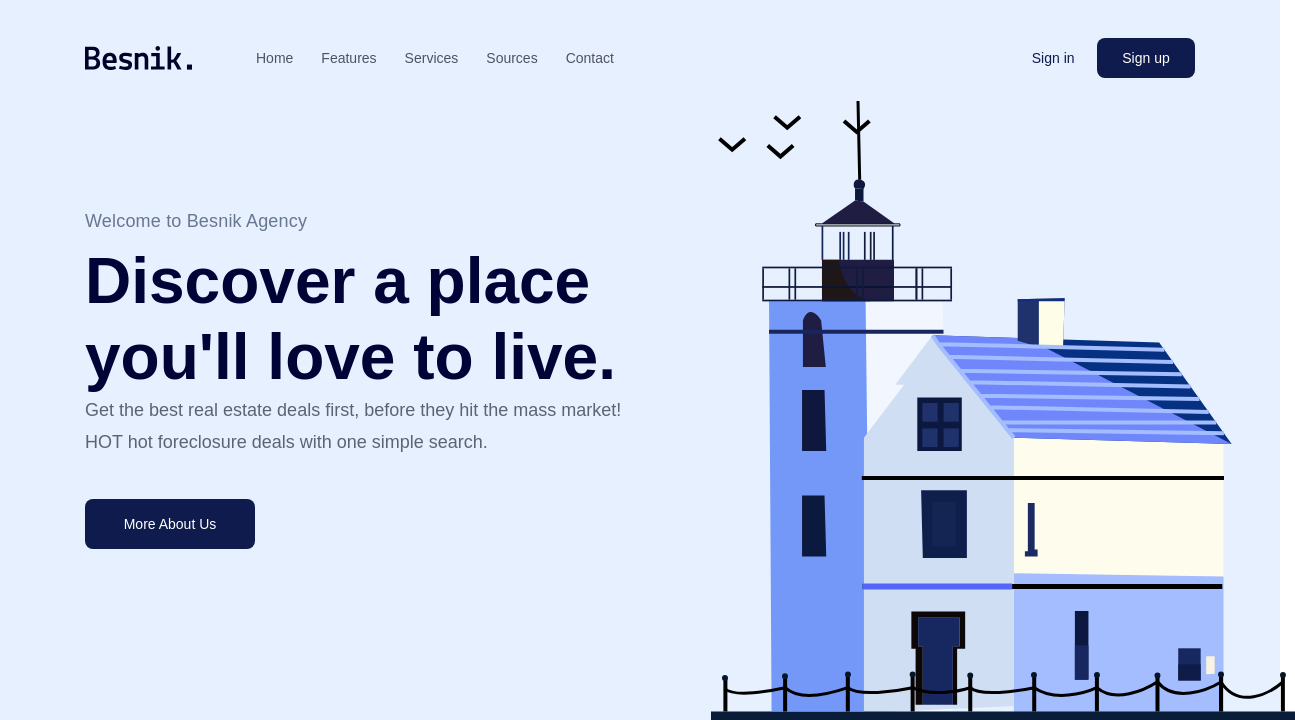
Repository: Daidoichihuy/project-01
Page: index.html
The author's editor kept a copy of each file at every save. The page is drawn from the files as they stood at one save, then again after the next save.
The browser window is 1280 px wide. The page is 1295 px wide, so the pictures cover 1295 px, including what lies to the right of the window. The pictures show the whole page.

Above is the page before, as saved 2024-04-28 14:56:54.

### index.html
<!DOCTYPE html>
<html lang="en">
  <head>
    <meta charset="UTF-8" />
    <meta name="viewport" content="width=device-width, initial-scale=1.0" />
    <title>Project_01</title>
    <link rel="stylesheet" href="./assets/css/reset.css" />
    <link rel="stylesheet" href="./assets/fonts/stylefont.css" />
    <link rel="stylesheet" href="./assets/css/style.css" />
  </head>
  <body>
    <main>
      <header class="header">
        <div class="content">
          <nav class="navbar">
            <!-- LOGO -->
            <img src="./assets/imgs/Logo.svg" alt="Besnik." />
            <!-- NAVIGATION -->
            <ul>
              <li><a href="#!">Home</a></li>
              <li><a href="#!">Features</a></li>
              <li><a href="#!">Services</a></li>
              <li><a href="#!">Sources</a></li>
              <li><a href="#!">Contact</a></li>
            </ul>
            <!-- ACTIVE -->
            <div class="action">
              <a href="#!" class="action-link">Sign in</a>
              <a href="#!" class="btn action-btn">Sign up</a>
            </div>
          </nav>
          <div class="hero">
            <div class="info">
              <p class="sub-title">Welcome to Besnik Agency</p>
              <h1 class="title">Discover a place you'll love to live.</h1>
              <p class="des">
                Get the best real estate deals first, before they hit the mass
                market! HOT hot foreclosure deals with one simple search.
              </p>
              <a href="#!" class="btn hero-cta">More About Us</a>
            </div>
            <img
              src="./assets/imgs/Group 439.svg"
              alt="Discover a place you'll love to live"
              class="hero-img"
            />
          </div>
        </div>
      </header>

      <!-- CLIENT -->
      <div class="client">
        <div class="content">
          <div class="row"></div>
        </div>
      </div>
    </main>
  </body>
</html>

### assets/fonts/stylefont.css
@font-face {
  font-family: "DVN-Poppins";
  src: url("poppins/DVNPoppins-Regular.woff2") format("woff2"),
    url("poppins/DVNPoppins-Regular.woff") format("woff");
  font-weight: normal;
  font-style: normal;
  font-display: swap;
}

@font-face {
  font-family: "DVN-Poppins ExtBd";
  src: url("poppins/DVNPoppins-ExtraBold.woff2") format("woff2"),
    url("poppins/DVNPoppins-ExtraBold.woff") format("woff");
  font-weight: bold;
  font-style: normal;
  font-display: swap;
}

### assets/css/style.css
* {
  box-sizing: border-box;
}

:root {
  --primary-color: #0f1b4c;
}

html {
  font-size: 62.5%;
}

body {
  font-size: 1.6rem;
  font-family: "poppins", sans-serif;
}

/* COMMON */
.content {
  width: 1110px;
  max-width: calc(100% - 48px);
  margin-left: auto;
  margin-right: auto;
}

a {
  text-decoration: none;
}

.btn {
  display: inline-block;
  min-width: 98px;
  padding: 18px 16px;
  border-radius: 8px;
  background: var(--primary-color);
  color: #fff;
  text-align: center;
  font-size: 1.4rem;
  font-weight: 500;
}

/* HEADER*/
.header {
  position: relative;
  background: #e6f0ff;
  height: 100vh;
}

.navbar {
  display: flex;
  align-items: center;
  padding-top: 38px;
}

.navbar ul {
  display: flex;
  margin-left: 50px;
}

.navbar ul li a {
  font-weight: 500;
  font-size: 1.4rem;
  color: #4f5361;
  padding: 8px 14px;
}
.navbar .action {
  margin-left: auto;
}

.navbar .action-link {
  font-size: 1.4rem;
  font-weight: 500;
  color: var(--primary-color);
}

.navbar .action-btn {
  padding: 13px 16px;
  margin-left: 18px;
}

/* HERO */
.hero {
  margin-top: 130px;
}

.hero .info {
  width: 51%;
}
.hero .sub-title {
  color: #687690;
  font-size: 1.8rem;
  line-height: 1.5;
  font-weight: 500;
  letter-spacing: 0.18px;
}

.hero .title {
  color: #000336;
  font-size: 6.4rem;
  font-weight: 700;
  line-height: 1.19;
  margin-top: 8px;
}

.hero .des {
  color: #5a6473;
  font-size: 1.8rem;
  font-weight: 400;
  line-height: 177.778%;
}
.hero-cta {
  min-width: 170px;
  margin-top: 40px;
}

.hero-img {
  position: absolute;
  right: calc((100vw - 1110px) / 2 - 100px);
  bottom: 0;
}

Loaded but not shown: assets/css/reset.css (common file)

After the next save:
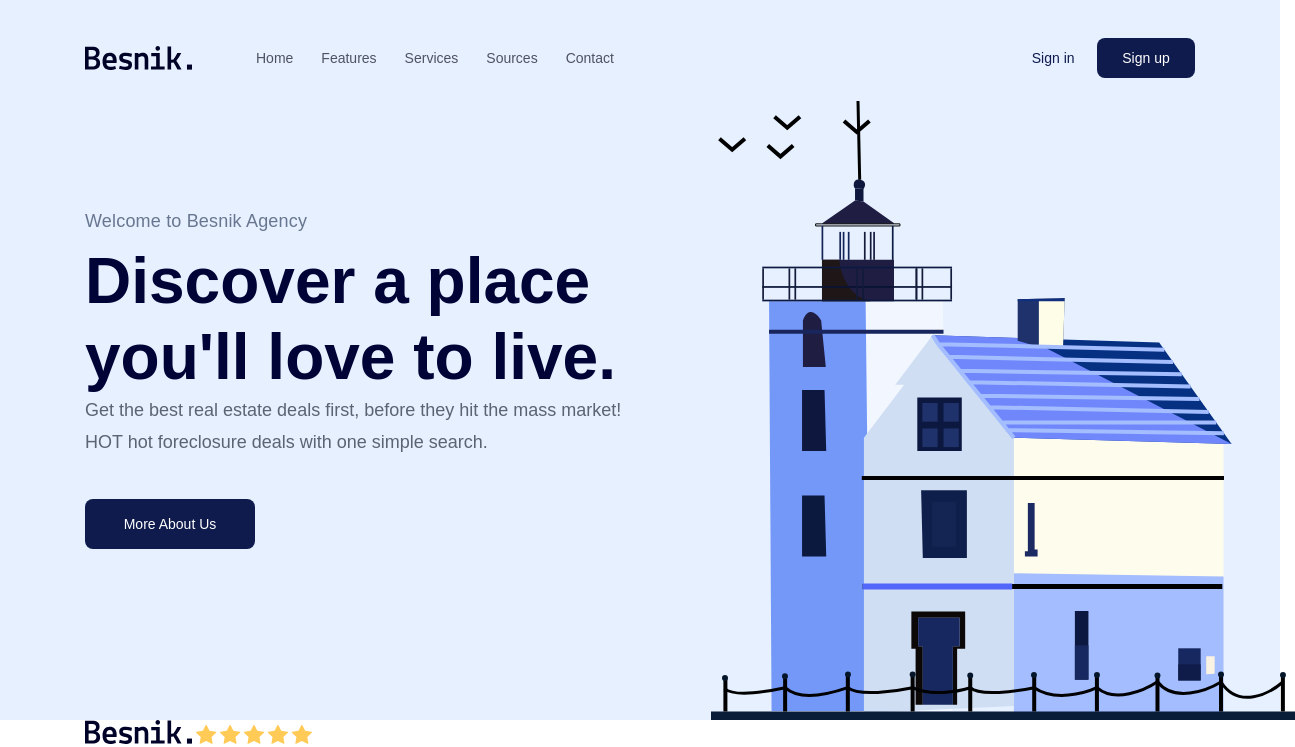
Saved 8 min 29 s later.
--- a/index.html
+++ b/index.html
@@ -51,7 +51,12 @@
       <!-- CLIENT -->
       <div class="client">
         <div class="content">
-          <div class="row"></div>
+          <div class="row">
+            <div class="icon">
+              <img src="./assets/imgs/Logo.svg" alt="Besnik" />
+              <img src="./assets/imgs/Star.svg" alt="star" />
+            </div>
+          </div>
         </div>
       </div>
     </main>
